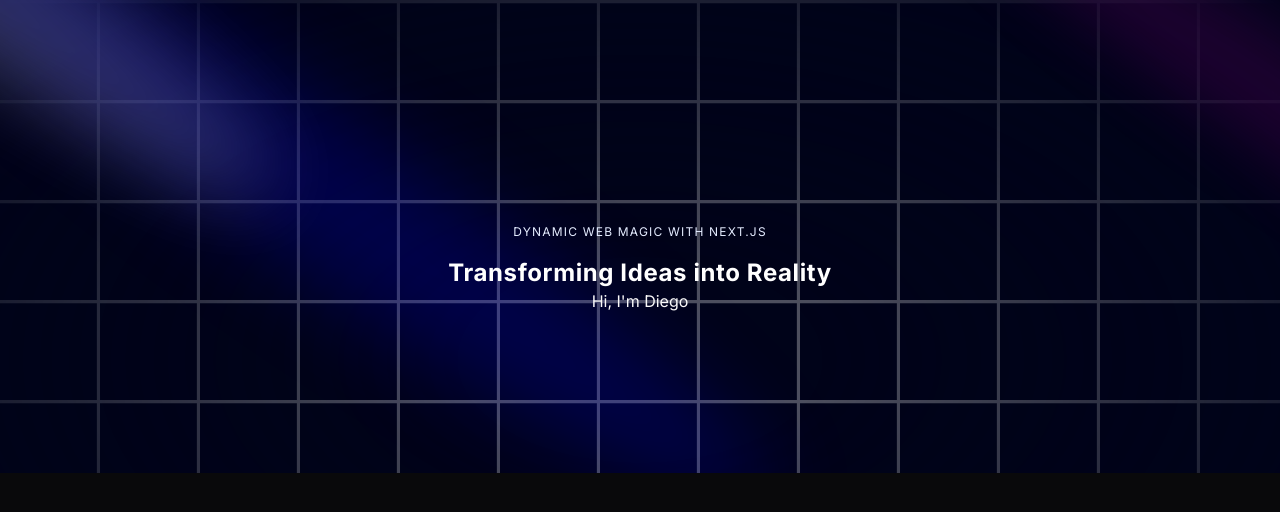
Repository: drsamame/portfolio.next
Page: /
The author's editor kept a copy of each file at every save. The page is drawn from the files as they stood at one save, then again after the next save.
The browser window is 1280 px wide. The pictures show the whole page.
The project was rebuilt for these pictures with package versions that can differ from the ones it lists, and the page was loaded fresh each time. The framework's server and built-in components were replaced by stand-ins that run in the browser. Also part of the build but not shown: next.config.mjs.

Above is the page before, as saved 2024-07-02 16:39:17.

After the next save:
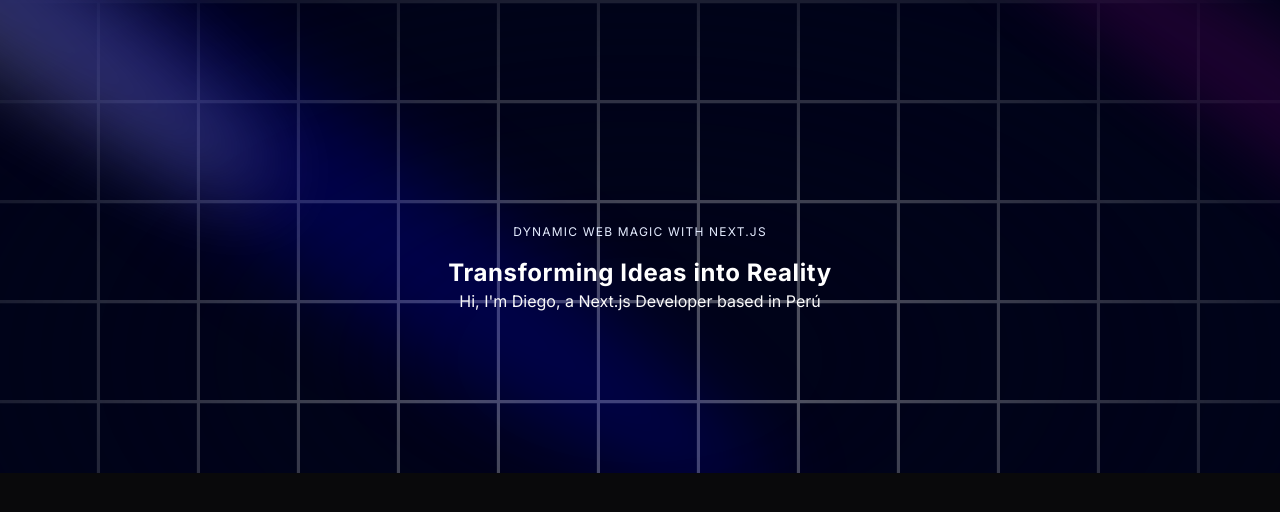
Saved 22 s later.
--- a/components/Hero.tsx
+++ b/components/Hero.tsx
@@ -29,7 +29,7 @@
 						className="text-center text-[40px] md:text-5xl lg:text-6xl"
 						words={'Transforming Ideas into Reality'}
 					></TextGenerateEffect>
-					<p className='text-center'>Hi, I&apos;m Diego</p>
+					<p className='text-center'>Hi, I&apos;m Diego, a Next.js Developer based in Perú</p>
 				</div>
 			</div>
 		</div>
